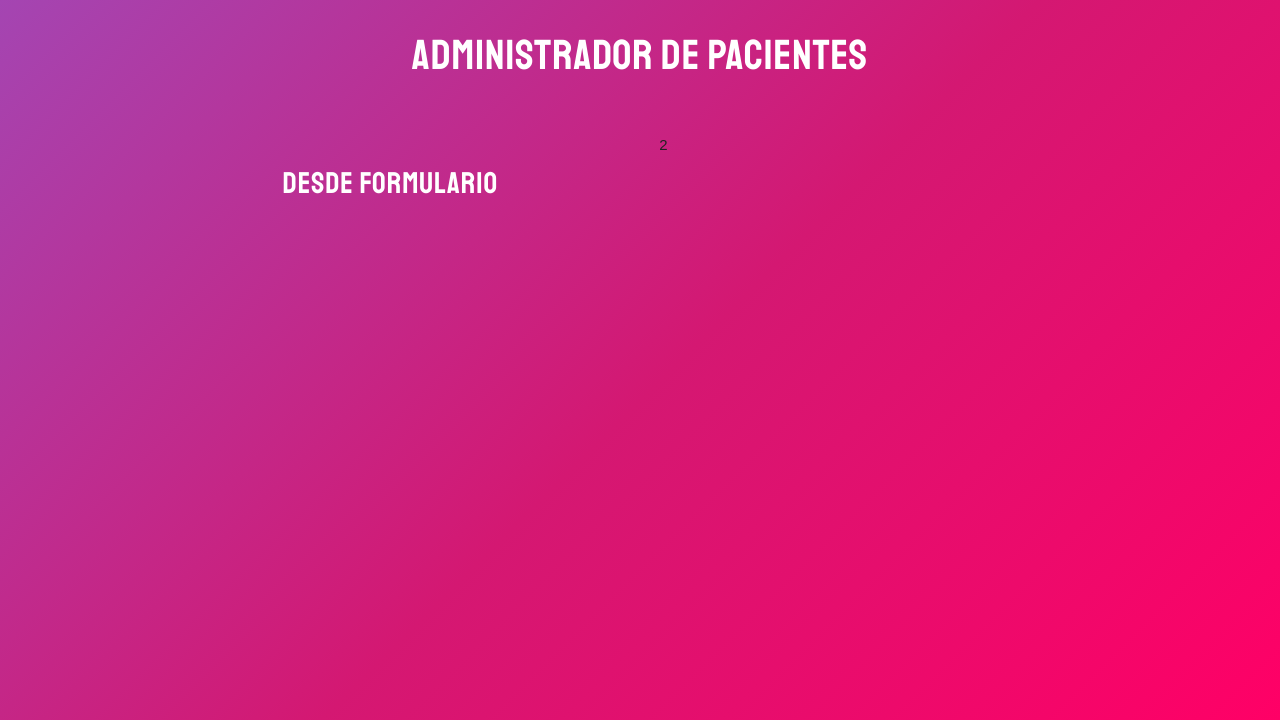
Repository: lmencos/pacientes
Page: /
These files come from the project's save history. The page is drawn as it stood at one moment and after the next save; the edit follows.
The browser window is 1280 px wide. The pictures show the whole page.
The project was rebuilt for these pictures with package versions that can differ from the ones it lists, and the page was loaded fresh each time.

Above is the page before, as saved 2020-08-10 17:42:46.

### src/index.css
html {
  min-height: 100%;
}
body {
  margin: 0;
  padding: 0;
  font-family: sans-serif;
  background-image: linear-gradient(-225deg, #A445B2 0%, #D41872 52%, #FF0066 100%);
  min-height: 100%;
  padding-bottom: 5rem;
}
h1, h2, h3, h4  {
  color: white;
  padding: 3rem 0;
  text-align: center;

  text-transform: uppercase;

  font-family: 'Staatliches', cursive;
  letter-spacing: 1px;
}
.lista-citas .media {
  border-bottom: 1px solid #e1e1e1;
  padding-bottom: 3rem;
}

.lista-citas .media:last-of-type{
  border-bottom: 0;
}
.lista-citas .media-body p {
  margin:0;
}
.lista-citas .media-body button {
  margin-top: 1rem!important;
}
.lista-citas .media-body span {
  font-weight: bold;
}

label {
  color: white;
}

input[type="date"],
input[type="time"] {
  height: 38px;
    padding: 6px 10px;
    background-color: #fff;
    border: 1px solid #D1D1D1;
    border-radius: 4px;
    box-shadow: none;
    box-sizing: border-box;
}

.cita {
  padding: 2rem;
  background: white;
  border-bottom: 1px solid #e1e1e1;
  color: black;
}

.cita p {
  font-weight: bold;
  margin-bottom: .8rem;
}
.cita p span {
  font-weight: normal;

}
.cita:first-of-type {
  border-top-left-radius: 1rem;
  border-top-right-radius: 1rem;
}
.cita:last-of-type {
  border-bottom-left-radius: 1rem;
  border-bottom-right-radius: 1rem;
}
.button.eliminar,
.button.eliminar:hover {
  background-color: #c10059;
  color: white;
  margin-top: 2rem;
}

.alerta-error {
  background-color: white;
  color: red;
  padding: 1rem;
  font-size: 2rem;
  text-transform: uppercase;
  text-align: center;
  font-family:  'Staatliches', cursive;
}

### src/App.js
import React, { Fragment } from 'react';
import Formulario from './components/Formulario';

function App() {
  return (
    <Fragment>
      <h2>Administrador de pacientes</h2>
      <div className="container">
        <div className="row">
          <div>
            <div className="one-half column">
              <Formulario

              />
            </div>
            <div className="one-half column">
              2
            </div>
          </div>
        </div>

      </div>
    </Fragment>
  );
}

export default App;

### src/components/Formulario.js
import React from 'react';

const Formulario = () => {
  return (
    <h4>Desde Formulario</h4>
   );
}

export default Formulario;

Loaded but not shown: public/index.html (common file); src/index.js (common file); src/serviceWorker.js (common file)

After the next save:
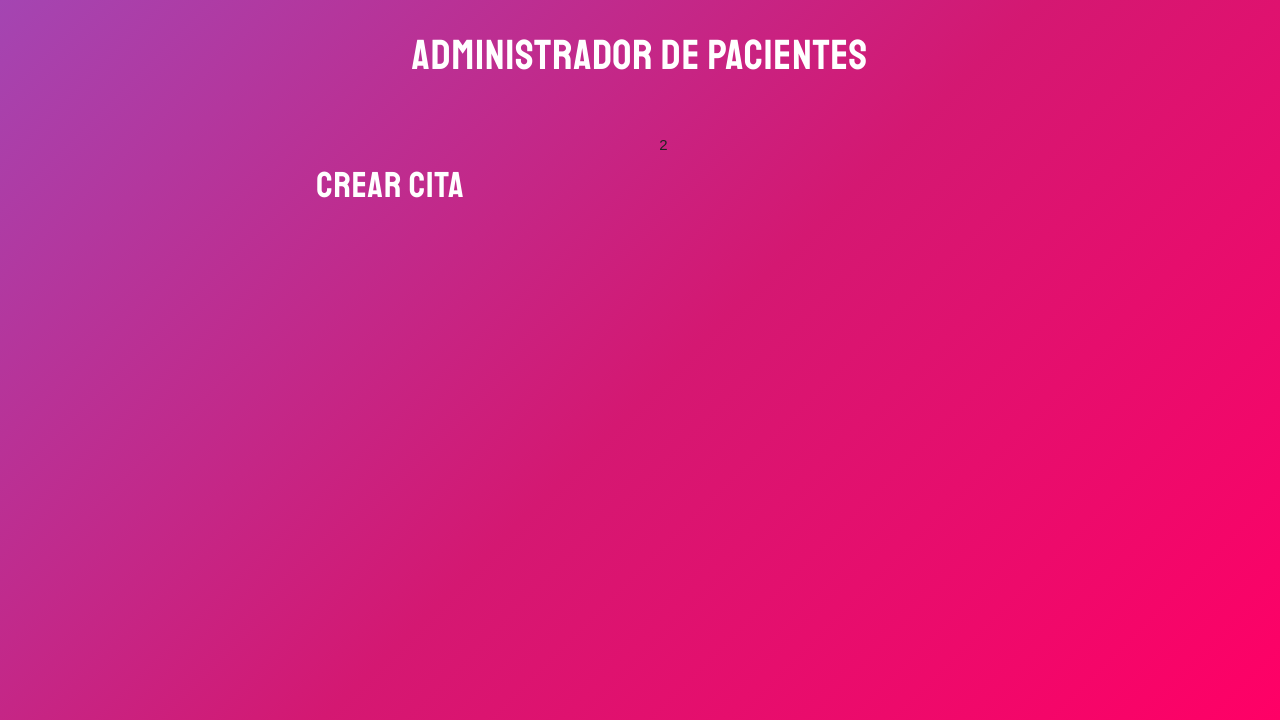
Saved 2 min 6 s later.
--- a/src/components/Formulario.js
+++ b/src/components/Formulario.js
@@ -1,8 +1,13 @@
-import React from 'react';
+import React, { Fragment } from 'react';
 
 const Formulario = () => {
   return (
-    <h4>Desde Formulario</h4>
+    <Fragment>
+      <h3>Crear cita</h3>
+      <form action="">
+
+      </form>
+    </Fragment>
    );
 }
 
